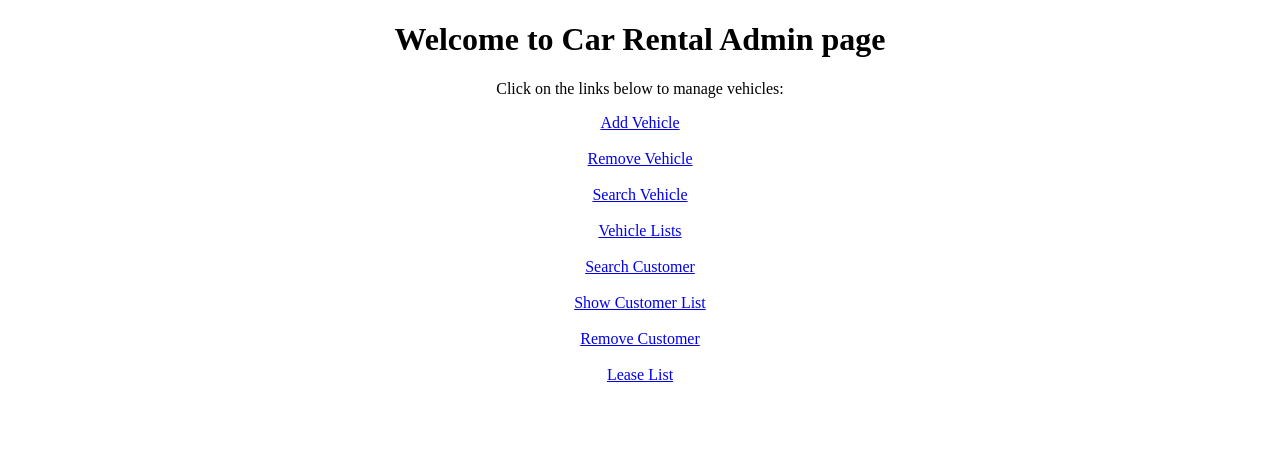
Repository: harsh23012/InfiniteProjects
Page: CarRent/carrent/src/main/webapp/AdminPage.html
An editor plug-in stored every save of this project. The page is shown before and after the next save, followed by the edit.
The browser window is 1280 px wide. The pictures show the whole page.

Above is the page before, as saved 2025-05-05 07:14:55.

### CarRent/carrent/src/main/webapp/AdminPage.html
<!DOCTYPE html>
<html>
<head>
<meta charset="UTF-8">
<title>Insert title here</title>
</head>
<body>
	<center>

	 	<h1>Welcome to Car Rental Admin page</h1>

        <p>Click on the links below to manage vehicles:</p>
		  <!-- Link to add vehicle page -->
        <a href="AddVehicle.html">Add Vehicle</a><br><br>

        <!-- Link to remove vehicle page -->
        <a href="RemoveVehicle.html">Remove Vehicle</a><br><br>

                <!-- Link to search vehicle page -->
        <a href="SearchVehicle.html">Search Vehicle</a><br><br>

        <!-- Link to list of available vehicle page -->
        <a href="AvailVehicle.html">Vehicle Lists</a><br><br>

        <!-- Link to Find Customer -->
        <a href="SearchCustomer.html">Search Customer</a><br><br>

        <!-- Link to Show Customer List -->
        <a href="CustomerList.html">Show Customer List</a><br><br>

        <!-- Link to remove Customer -->
        <a href="RemoveCustomer.html">Remove Customer</a><br><br>

        <!-- Link to show Lease List -->
        <a href="LeaseList.html">Lease List</a>
	</center>


</body>
</html>

After the next save:
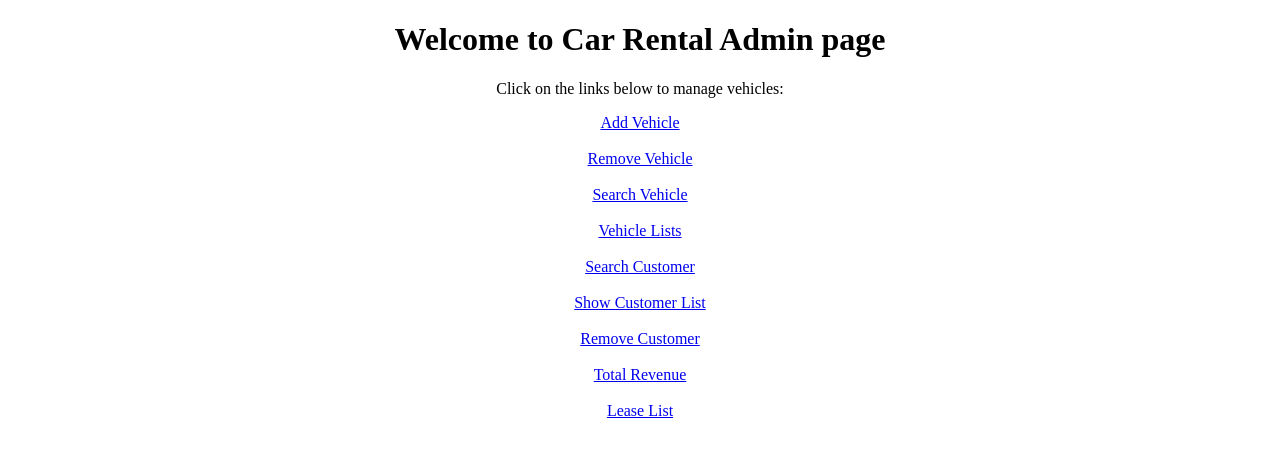
Saved 85 s later.
--- a/CarRent/carrent/src/main/webapp/AdminPage.html
+++ b/CarRent/carrent/src/main/webapp/AdminPage.html
@@ -31,6 +31,9 @@
         <!-- Link to remove Customer -->
         <a href="RemoveCustomer.html">Remove Customer</a><br><br>
 
+        <!-- Link to See Total Revenuer -->
+        <a href="TotalRevenue.html">Total Revenue</a><br><br>
+
         <!-- Link to show Lease List -->
         <a href="LeaseList.html">Lease List</a>
 	</center>
